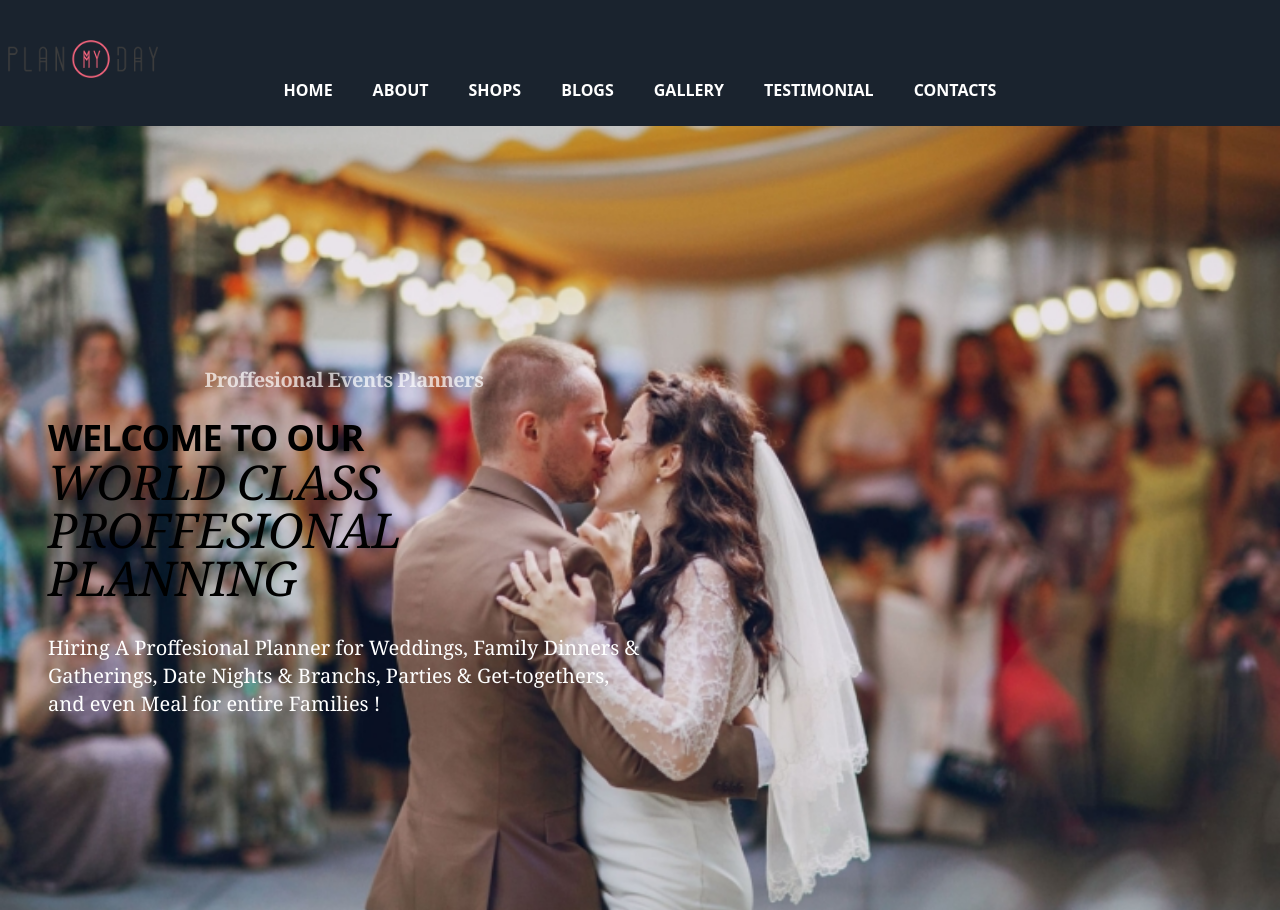
Repository: remydev47/eventsplanner
Page: /
The author's editor kept a copy of each file at every save. The page is drawn from the files as they stood at one save, then again after the next save.
The browser window is 1280 px wide. The pictures show the whole page.
The project was rebuilt for these pictures with package versions that can differ from the ones it lists, and the page was loaded fresh each time. The framework's server and built-in components were replaced by stand-ins that run in the browser. Also part of the build but not shown: next.config.js, components/Navbar.jsx, sections/Gallery.jsx, sections/Testimonial.jsx, sections/Plan.jsx, sections/Products.jsx, sections/Projects.jsx.

Above is the page before, as saved 2023-01-21 10:00:41.

After the next save:
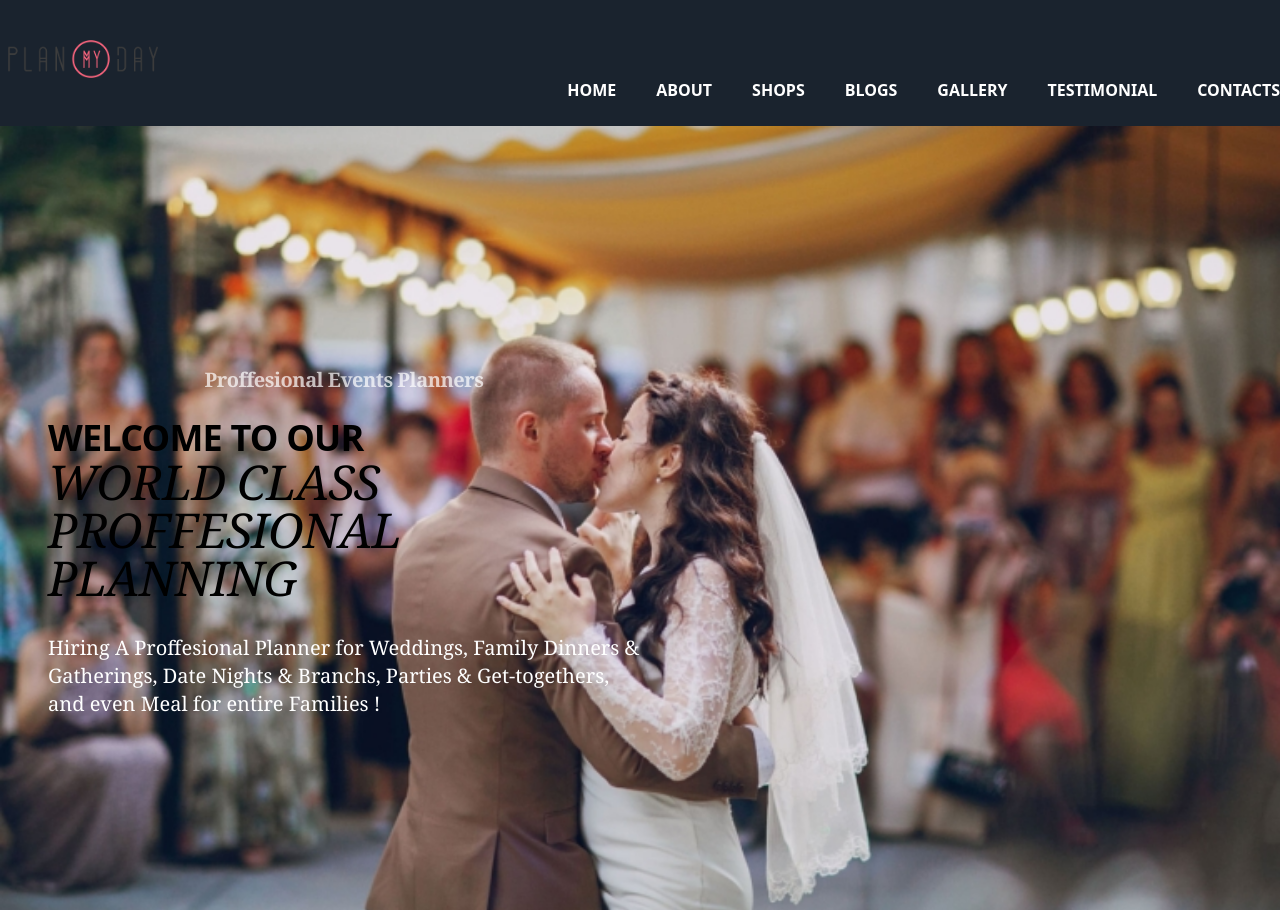
Saved 54 s later.
--- a/app/page.jsx
+++ b/app/page.jsx
@@ -8,8 +8,8 @@
 export default function Home() {
   return (
    <div className='bg-primary-black'>
-     <Navigation />
-     {/* <Header /> */}
+
+     <Header />
      <Hero />
    </div>
   )

After the 2 saves that followed:
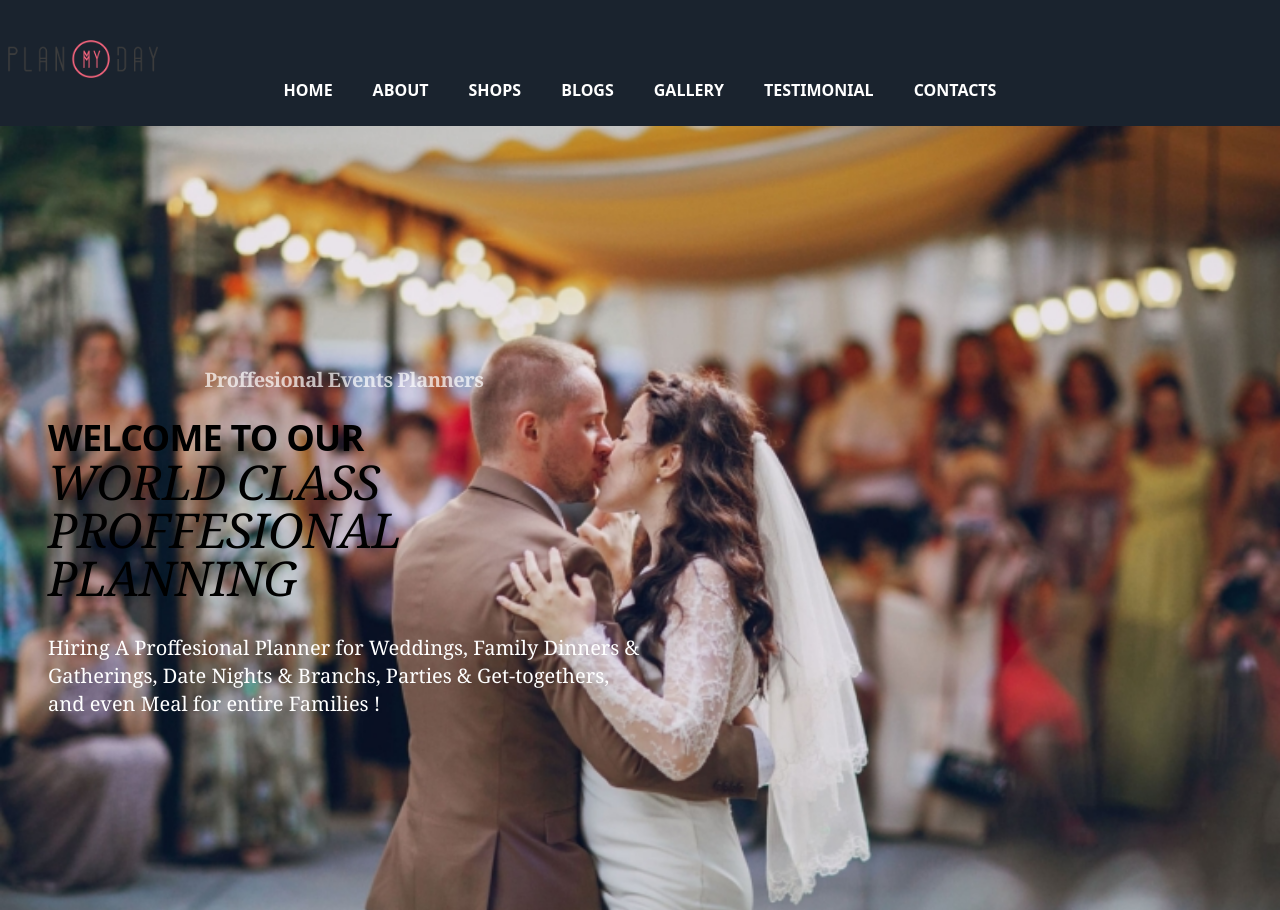
The 2 saves are shown as one change because 1 left the picture as it was.
The last was saved 62 s later.
--- a/app/page.jsx
+++ b/app/page.jsx
@@ -8,7 +8,6 @@
 export default function Home() {
   return (
    <div className='bg-primary-black'>
-
      <Header />
      <Hero />
    </div>
--- a/components/Header.jsx
+++ b/components/Header.jsx
@@ -83,7 +83,7 @@
 
 const styles = {
     container:`w-full py-6 justify-between items-center navbar`,
-    navWrapper:`list-none sm:flex hidden justify-end items-center flex-1`,
+    navWrapper:`list-none sm:flex hidden justify-center items-center flex-1`,
     navWrapper2:`list-none flex flex-col justify-end items-center flex-1`,
     mobile:`sm:hidden flex flex-1 justify-end items-center`,
     mobileItem:`h-[28px] w-[28px] object-contain`,
